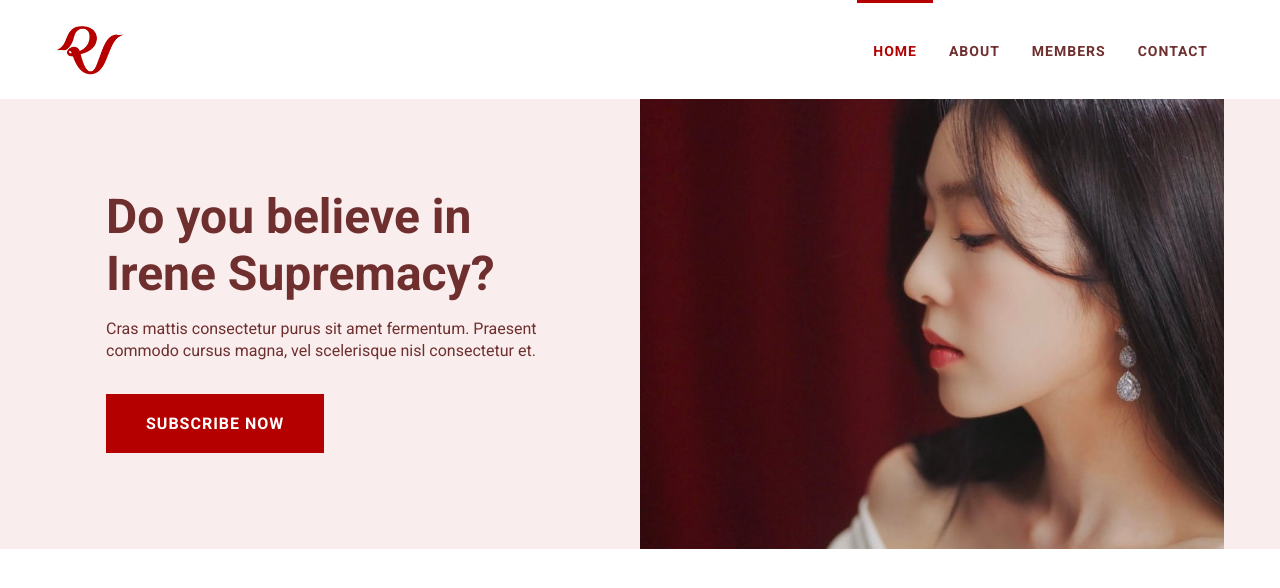
Repository: stillnotdavid/eternity-university
Page: app/index.html
An editor plug-in stored every save of this project. The page is shown before and after the next save, followed by the edit.
The browser window is 1280 px wide. The pictures show the whole page.
The style sheet was rebuilt from its Sass, Less or Tailwind sources for each picture, by a compiler version that may differ from the author's.

Above is the page before, as saved 2021-12-03 23:39:25.

After the next save:
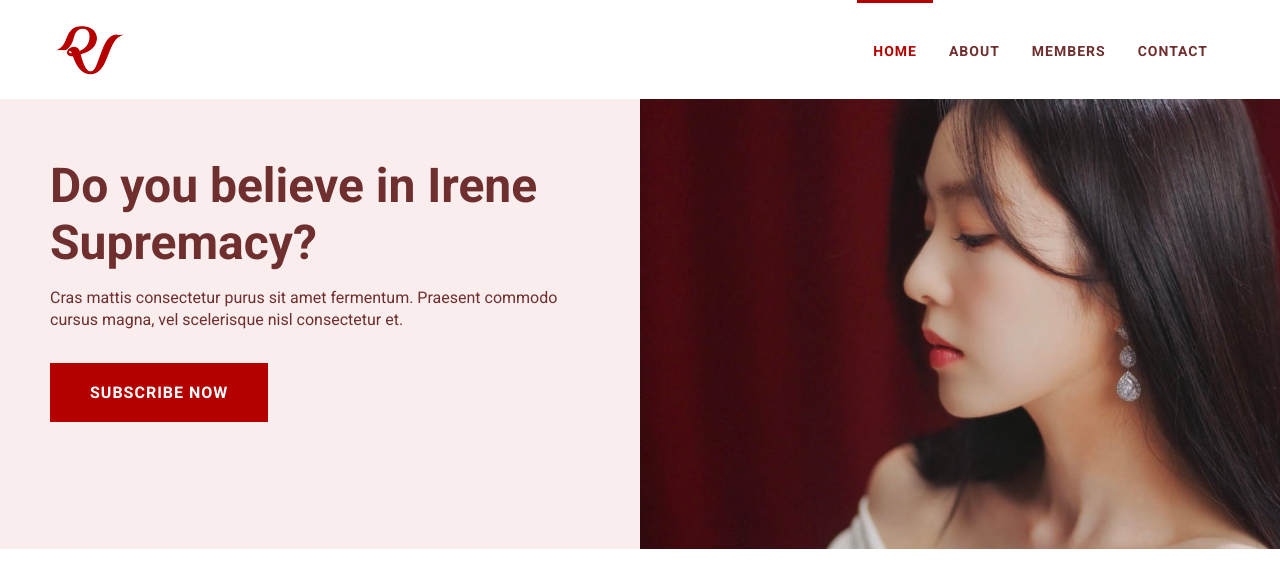
Saved 85 s later.
--- a/app/index.html
+++ b/app/index.html
@@ -46,15 +46,13 @@
     </div>
   </header>
   <section class="hero">
-    <div class="container hero__container">
-      <div class="hero__cta">
-        <h1>Do you believe in Irene Supremacy?</h1>
-        <p>Cras mattis consectetur purus sit amet fermentum. Praesent commodo cursus magna, vel scelerisque nisl
-          consectetur et.</p>
-        <a class="button-primary" href="">Subscribe Now</a>
-      </div>
-      <div class="hero__image">
-      </div>
+    <div class="hero__cta">
+      <h1>Do you believe in Irene Supremacy?</h1>
+      <p>Cras mattis consectetur purus sit amet fermentum. Praesent commodo cursus magna, vel scelerisque nisl
+        consectetur et.</p>
+      <a class="button-primary" href="">Subscribe Now</a>
+    </div>
+    <div class="hero__image">
     </div>
   </section>
 
